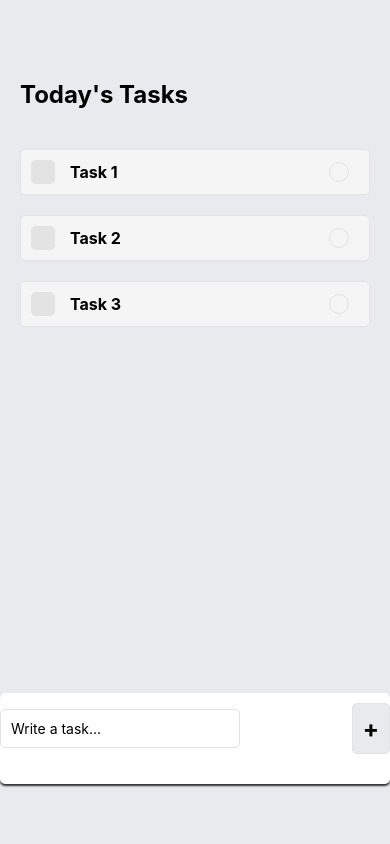
Repository: lomelo-x/ToDo-App
Screen: /
An editor plug-in stored every save of this project. The screen is shown before and after the next save, followed by the edit.
The app was drawn by React Native's web renderer in a window 390 px wide. The project was rebuilt for these pictures with package versions that can differ from the ones it lists, and the page was loaded fresh each time.

Above is the screen before, as saved 2022-06-17 21:18:25.

### App.js
import { StatusBar } from 'expo-status-bar';
import { StyleSheet, Text, View, KeyboardAvoidingView, Platform, TextInput, TouchableOpacity } from 'react-native';
import Task from './components/Task';

export default function App() {
	return (
		<View style={styles.container}>
			<View style={styles.todoContainer}>
				<Text style={styles.sectionTitle}>Today's Tasks</Text>
				<View style={styles.itemsContainer}>
					<Task text={'Task 1'} />
					<Task text={'Task 2'}/>
					<Task text={'Task 3'}/>
				</View>
			</View>
			<KeyboardAvoidingView
			behavior={Platform.OS === 'ios' ? 'padding' : "height" }
			style={styles.writeTaskContainer}>
				<TextInput style={styles.writeTaskInput} placeholder="Write a task..." />
				<TouchableOpacity>
					<View style={styles.addTaskButton}>
						<Text style={styles.addTaskButtonText}>+</Text>
					</View>
				</TouchableOpacity>
			</KeyboardAvoidingView>
		</View>
	);
}

const styles = StyleSheet.create({
	container: {
		flex: 1,
		backgroundColor: '#E8EAED',
	},
	todoContainer: {
		paddingTop: 80,
		paddingHorizontal: 20,
	},
	sectionTitle: {
		fontSize: 24,
		fontWeight: 'bold',
		marginBottom: 20,
	},
	itemsContainer: {
		marginTop: 20,
	},
	writeTaskContainer: {
		position: 'absolute',
		bottom: 60,
		width: '100%',
		flexDirection: 'row',
		alignItems: 'center',
		justifyContent: 'space-between',
		paddingVertical: 10,
		backgroundColor: '#fff',
		borderRadius: 5,
		shadowColor: '#000',
		shadowOffset: { width: 0, height: 2 },
		shadowOpacity: 0.8,
		shadowRadius: 2,
		elevation: 1,
		marginTop: 20,
	},
writeTaskInput: {
		borderWidth: 1,
		borderColor: '#e3e3e3',
		borderRadius: 5,
		padding: 10,
		marginBottom: 20,
	},
addTaskButton: {
		backgroundColor: '#E8EAED',
		padding: 10,
		borderRadius: 5,
		borderWidth: 1,
		borderColor: '#e3e3e3',
		flexDirection: 'row',
		alignItems: 'center',
		justifyContent: 'space-between',
		marginBottom: 20,
	},
addTaskButtonText: {
		fontSize: 24,
		fontWeight: 'bold',
	},
});

### components/Task.js
import React from 'react';
import { View, Text, StyleSheet, TouchableOpacity } from 'react-native';

const Task = ({ text }) => {
	return (
		<View style={styles.taskContainer}>
			<View style={styles.taskLeft}>
				<TouchableOpacity style={styles.square}></TouchableOpacity>
				<Text style={styles.taskText}>{text}</Text>
			</View>
			<View style={styles.taskRight}></View>
		</View>
	);
};

const styles = StyleSheet.create({
	taskContainer: {
		backgroundColor: '#f5f5f5',
		padding: 10,
		marginBottom: 10,
		borderRadius: 5,
		borderWidth: 1,
		borderColor: '#e3e3e3',
		flexDirection: 'row',
		alignItems: 'center',
		justifyContent: 'space-between',
		marginBottom: 20,
	},
	taskText: {
		fontSize: 16,
		fontWeight: 'bold',
	},
	taskLeft: {
		flexDirection: 'row',
		alignItems: 'center',
		flexWrap: 'wrap',
		maxWidth: '80%',
	},
	taskRight: {
		width: 20,
		height: 20,
		borderRadius: 50,
		borderColor: '#e3e3e3',
		borderWidth: 1,
		marginRight: 10,
	},
	square: {
		width: 24,
		height: 24,
		backgroundColor: '#e3e3e3',
		borderRadius: 5,
		marginRight: 15,
	},
});

export default Task;

After the next save:
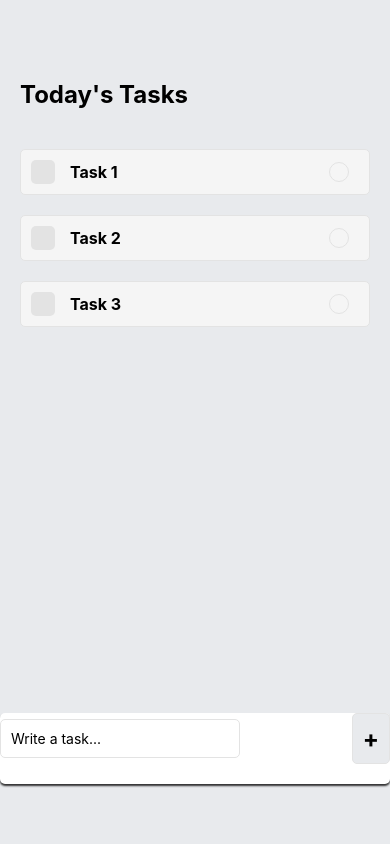
Saved 8 s later.
--- a/App.js
+++ b/App.js
@@ -51,7 +51,6 @@ const styles = StyleSheet.create({
 		flexDirection: 'row',
 		alignItems: 'center',
 		justifyContent: 'space-between',
-		paddingVertical: 10,
 		backgroundColor: '#fff',
 		borderRadius: 5,
 		shadowColor: '#000',
